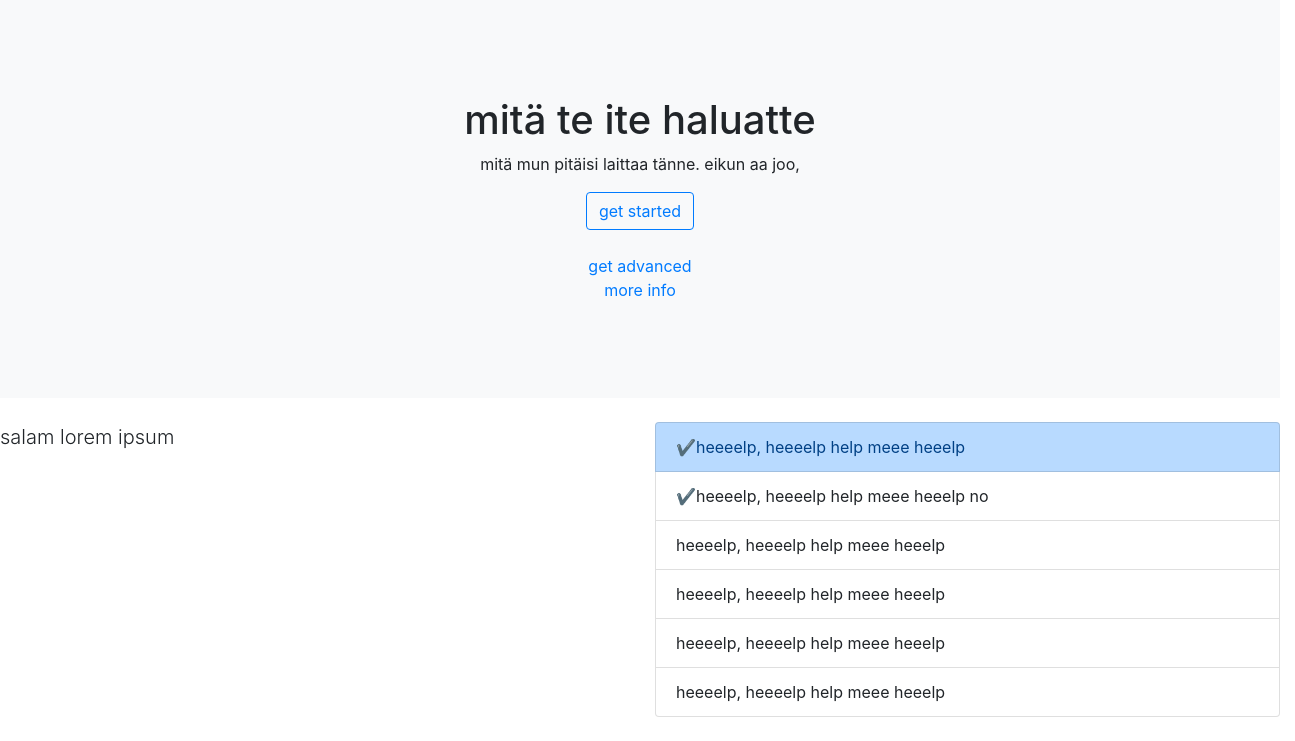
Repository: jessehapuli/jessehapuli.github.io
Page: Bootstrap/index.html
An editor plug-in stored every save of this project. The page is shown before and after the next save, followed by the edit.
The browser window is 1280 px wide. The page is 1295 px wide, so the pictures cover 1295 px, including what lies to the right of the window. The pictures show the whole page.

Above is the page before, as saved 2024-04-24 11:04:54.

After the next save:
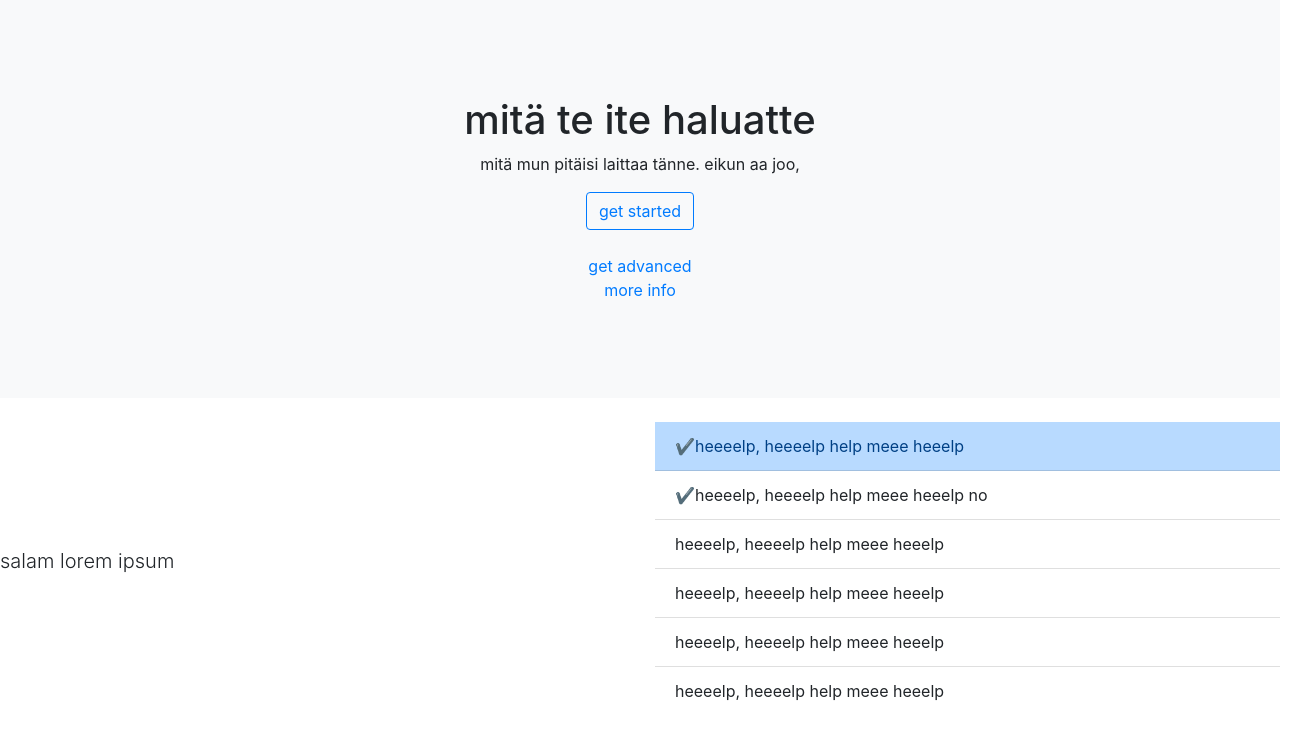
Saved 2 min 8 s later.
--- a/Bootstrap/index.html
+++ b/Bootstrap/index.html
@@ -29,11 +29,11 @@
 
     <sectio class="container">
       <div class="row">
-        <div class="col-md-6">
+        <div class="col-md-6 d-flex align-items-center">
           <p class="lead">salam lorem ipsum</p>
         </div>
         <div class="col-md-6">
-          <ul class="list-group">
+          <ul class="list-group list-group-flush">
             <li class="list-group-item list-group-item-primary"><span>&#10004;</span>heeeelp, heeeelp help meee heeelp</li>
             <li class="list-group-item"><span>&#10004;</span>heeeelp, heeeelp help meee heeelp no</li>
             <li class="list-group-item">heeeelp, heeeelp help meee heeelp</li>
